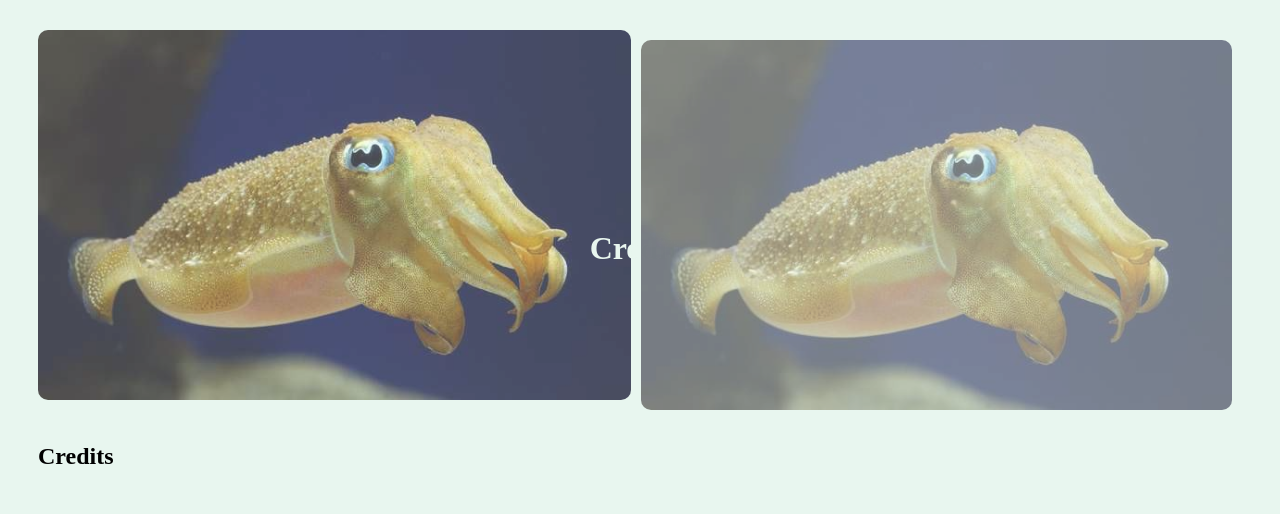
Repository: neomort/comm-lab-vid-site
Page: credits.html
The author's editor kept a copy of each file at every save. The page is drawn from the files as they stood at one save, then again after the next save.
The browser window is 1280 px wide. The pictures show the whole page.

Above is the page before, as saved 2021-09-12 22:46:51.

### credits.html
<!DOCTYPE html>

<head>
<title>Watch the movie</title>
<link rel="icon" href="images/chicken.png"/>
<link rel="stylesheet" href="./css/styles.css" />
</head>

<body class="bg-2">
  <div >
    <div class="default-margin">
      <div class="row container">
        <a href="watch.html">

          <img class="image-1" src="images/cuddle.jpg" />
          <H1 class="font centered-text text-light">Credits</H1>

      </a>
      <a href="links.html">
        <div class="column-2 container">
          <img class="image-1" src="images/cuddle.jpg" />
          <H1 class="font centered-text text-light show">Explore</H1>
        </div>
      </a>
      </div>
  <h2>Credits<h2>
  </div>
  </div>
</body>

### css/styles.css
/* background colors */
/* color scheme */
.bg-1 {
  /* Yellow */
  background: #FFE194;
}

.bg-2 {
  /* Light */
  background: #E8F6EF;
}

.bg-3 {
  /* medium */
  background: #E8F6EF;
}

.bg-4 {
  /* dark */
  background: #4C4C6D;
}

.text-light {
  /* Light */
  color: #E8F6EF;
}

.text-dark {
  /* dark */
  background: #4C4C6D;
}

.font {
  font-family: Poppins;
}



/* flex properties */

.row {
  display: flex;
}

.column {
  flex: 50%;
  padding: 10px;
}

.column-2 {
  flex: 50%;
  padding: 10px;
  align-content: end;
}

.default-margin{
  margin: 30px;

}

/* fancy container button */

.container {
  position: relative;
  text-align: center;
  opacity: 70%;
  transition: 0.3s;
}

.container img{
  border-radius: 10px;
  width: 100%;
  opacity: 100%;
  transition: 0.3s;
}

.container:hover {
  position: relative;
  text-align: center;
  opacity: 100%;
  transition: 0.3s;
}

.container:hover .show{
  opacity: 1;
}

.show {
  opacity: 0;
  transition: 0.3s;
}


.drop-container{
  object-fit: cover;
  position: relative;
  text-align: center;
  opacity: 70%;
  transition: 0.3s;
}

.drop-container img{
  object-fit: cover;
  border-radius: 10px;
  width: 100%;
  opacity: 100%;
  height: 50px;
  transition: 0.3s;
}

.drop-container:hover img{
  object-fit: cover;
  border-radius: 10px;
  width: 100%;
  opacity: 100%;
  height: 300px;
  transition: 0.3s;
}







.centered-text {
  position: absolute;
  top: 50%;
  left: 50%;
  transform: translate(-50%, -50%);
}

After the next save:
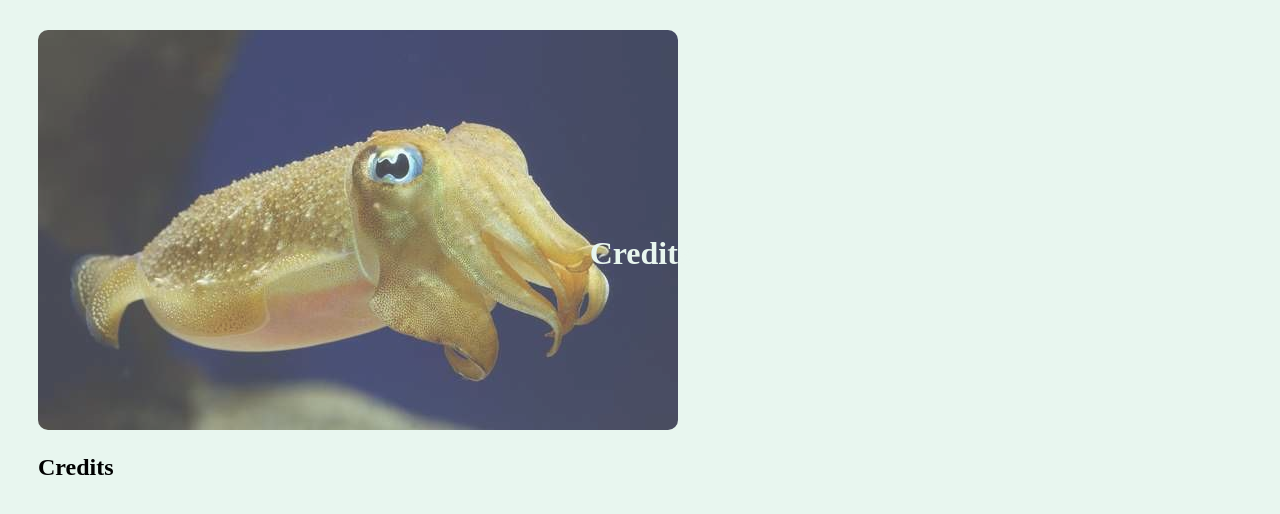
Saved 4 s later.
--- a/credits.html
+++ b/credits.html
@@ -16,12 +16,7 @@
           <H1 class="font centered-text text-light">Credits</H1>
 
       </a>
-      <a href="links.html">
-        <div class="column-2 container">
-          <img class="image-1" src="images/cuddle.jpg" />
-          <H1 class="font centered-text text-light show">Explore</H1>
-        </div>
-      </a>
+
       </div>
   <h2>Credits<h2>
   </div>
